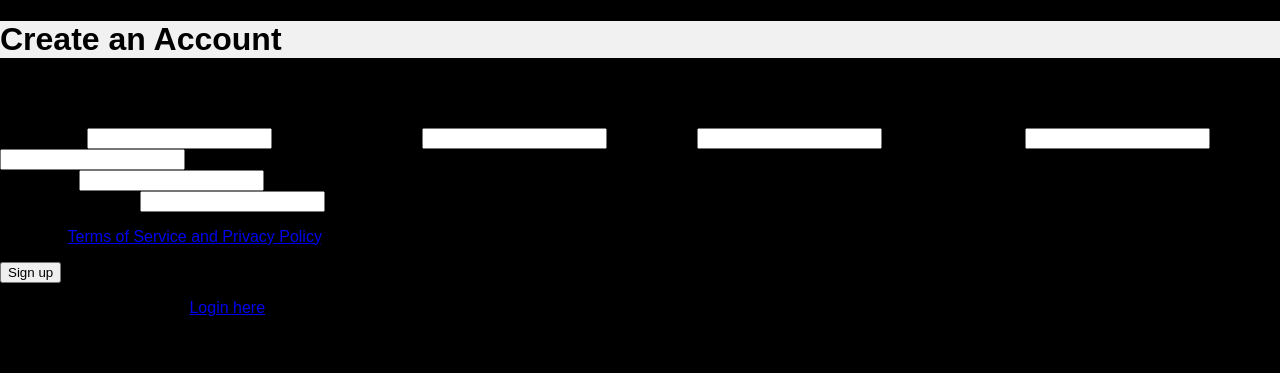
Repository: Lee-Productions-Inc/SNAP_productions
Page: register.html
An editor plug-in stored every save of this project. The page is shown before and after a run of saves, followed by the edit.
The browser window is 1280 px wide. The pictures show the whole page.

Above is the page before, as saved 2026-09-16 18:28:34.

After the next 2 saves:
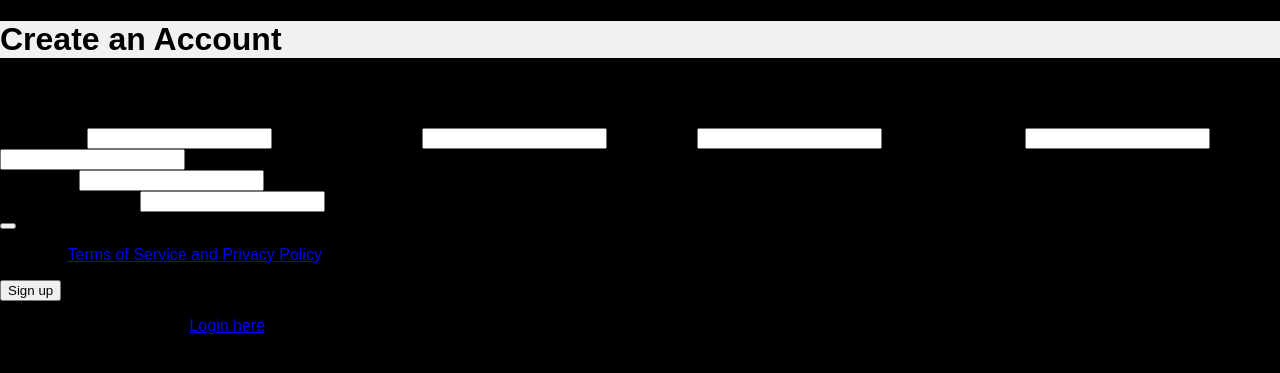
The 2 saves are shown as one change because they came seconds apart.
The last was saved 18 s later.
--- a/register.html
+++ b/register.html
@@ -34,7 +34,7 @@
             <label for="confirm-password">Confirm Password:</label>
             <input type="password" id="confirm-password" name="confirm-password" required>
             <br>
-            <p>I agree to<a href="/terms-and-privacy">Terms of Service and Privacy Policy</a>.</p>
+            <button></button><p>I agree to<a href="/terms-and-privacy">Terms of Service and Privacy Policy</a>.</p>
             <button type="submit">Sign up</button>
         </form>
 

After the 4 saves that followed:
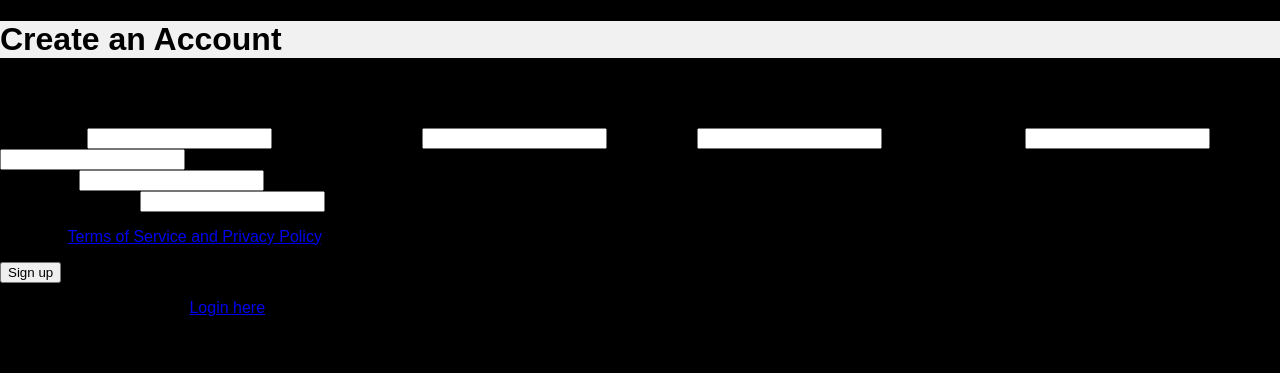
The 4 saves are shown as one change because they came seconds apart.
The last was saved 24 s later.
--- a/register.html
+++ b/register.html
@@ -34,7 +34,7 @@
             <label for="confirm-password">Confirm Password:</label>
             <input type="password" id="confirm-password" name="confirm-password" required>
             <br>
-            <button></button><p>I agree to<a href="/terms-and-privacy">Terms of Service and Privacy Policy</a>.</p>
+            <radiohead></radiohead><p>I agree to<a href="/terms-and-privacy">Terms of Service and Privacy Policy</a>.</p>
             <button type="submit">Sign up</button>
         </form>
 
